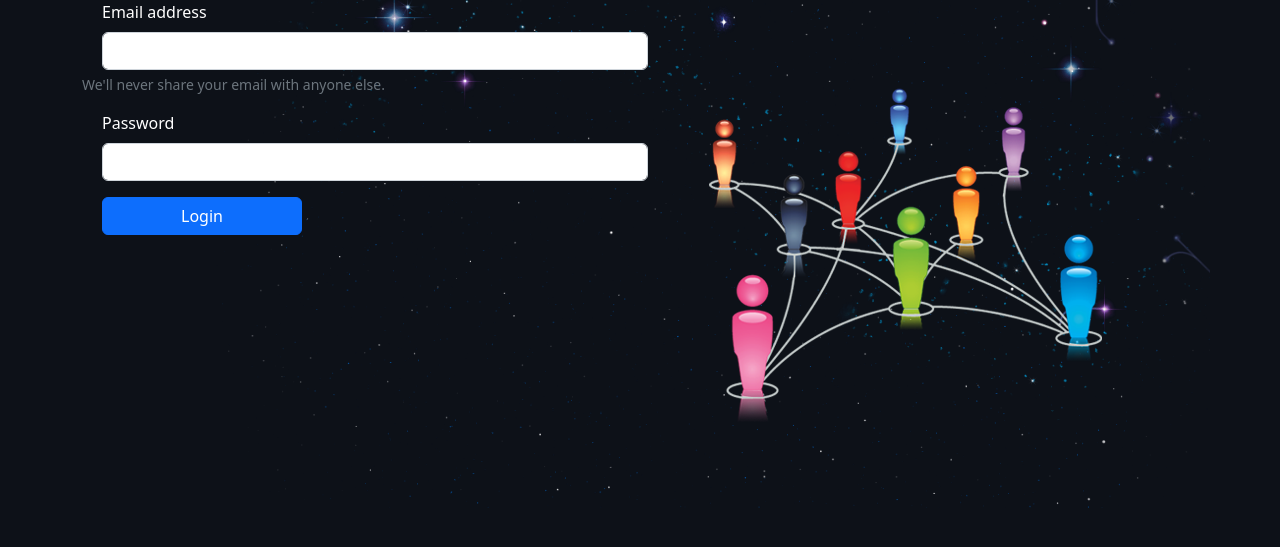
Repository: jaseem1999/sdCommunity
Page: http://localhost/sdCommunity/Login.jsp
The author's editor kept a copy of each file at every save. The page is drawn from the files as they stood at one save, then again after the next save.
The browser window is 1280 px wide. The pictures show the whole page.
The page is served by Tomcat 9.

Above is the page before, as saved 2023-09-24 09:03:36.

After the next save:
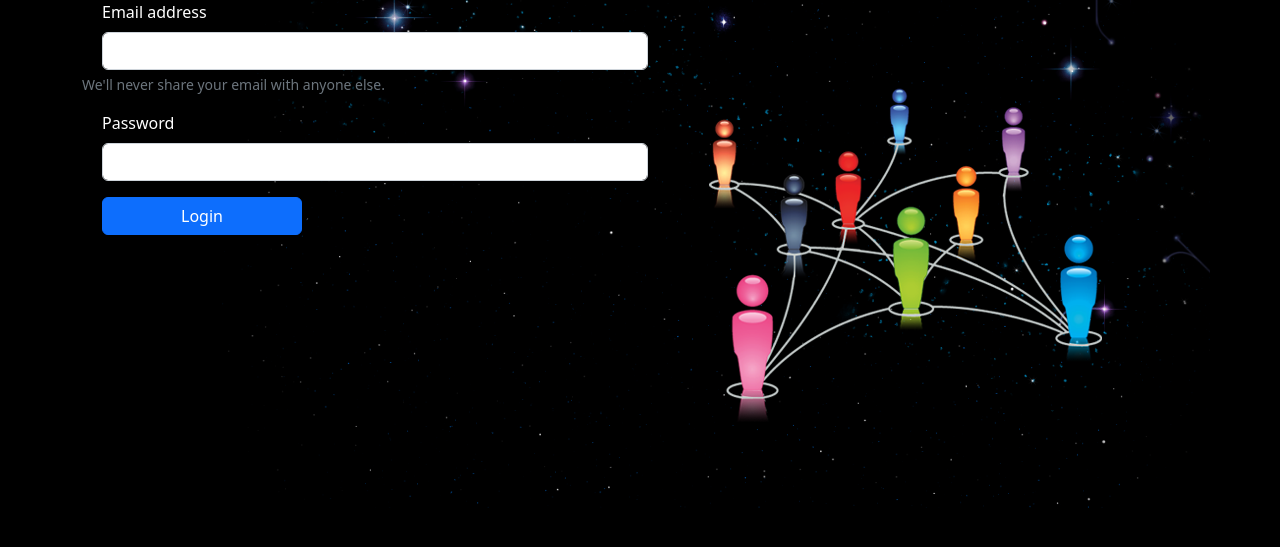
Saved 33 s later.
--- a/sdCommunity/src/main/webapp/Login.jsp
+++ b/sdCommunity/src/main/webapp/Login.jsp
@@ -9,6 +9,10 @@
 <link href="https://cdn.jsdelivr.net/npm/bootstrap@5.2.3/dist/css/bootstrap.min.css" rel="stylesheet" integrity="sha384-rbsA2VBKQhggwzxH7pPCaAqO46MgnOM80zW1RWuH61DGLwZJEdK2Kadq2F9CUG65" crossorigin="anonymous">
 <script src="https://cdn.jsdelivr.net/npm/bootstrap@5.2.3/dist/js/bootstrap.bundle.min.js" integrity="sha384-kenU1KFdBIe4zVF0s0G1M5b4hcpxyD9F7jL+jjXkk+Q2h455rYXK/7HAuoJl+0I4" crossorigin="anonymous"></script>
 <style type="text/css">
+.bdy{
+ 	background-color: black;
+    color: white;
+ }
 .container{
 		background-image: url("./css/img/bg-stars-1.webp");
 		background-repeat: no-repeat;
